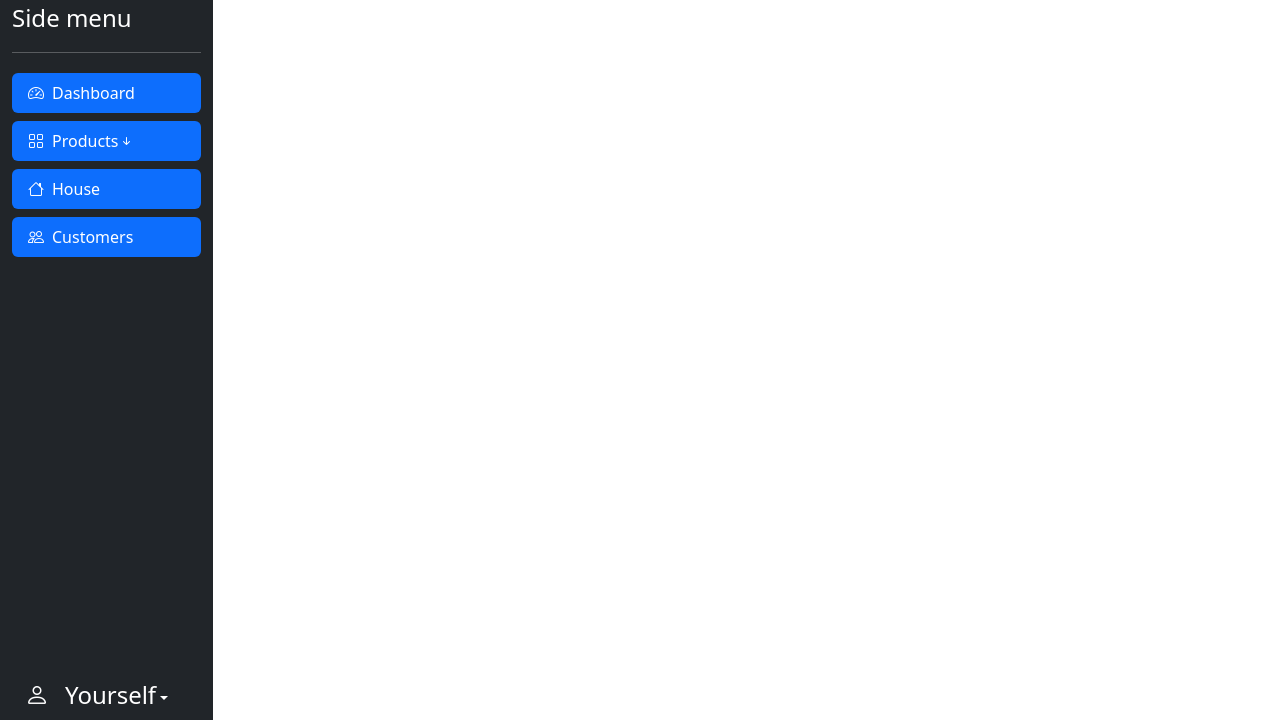
Repository: iqbalaamir/dashboard
Page: /
An editor plug-in stored every save of this project. The page is shown before and after the next save, followed by the edit.
The browser window is 1280 px wide. The pictures show the whole page.
The project was rebuilt for these pictures with package versions that can differ from the ones it lists, and the page was loaded fresh each time. Also part of the build but not shown: src/App.css.

Above is the page before, as saved 2023-04-24 16:34:00.

After the next save:
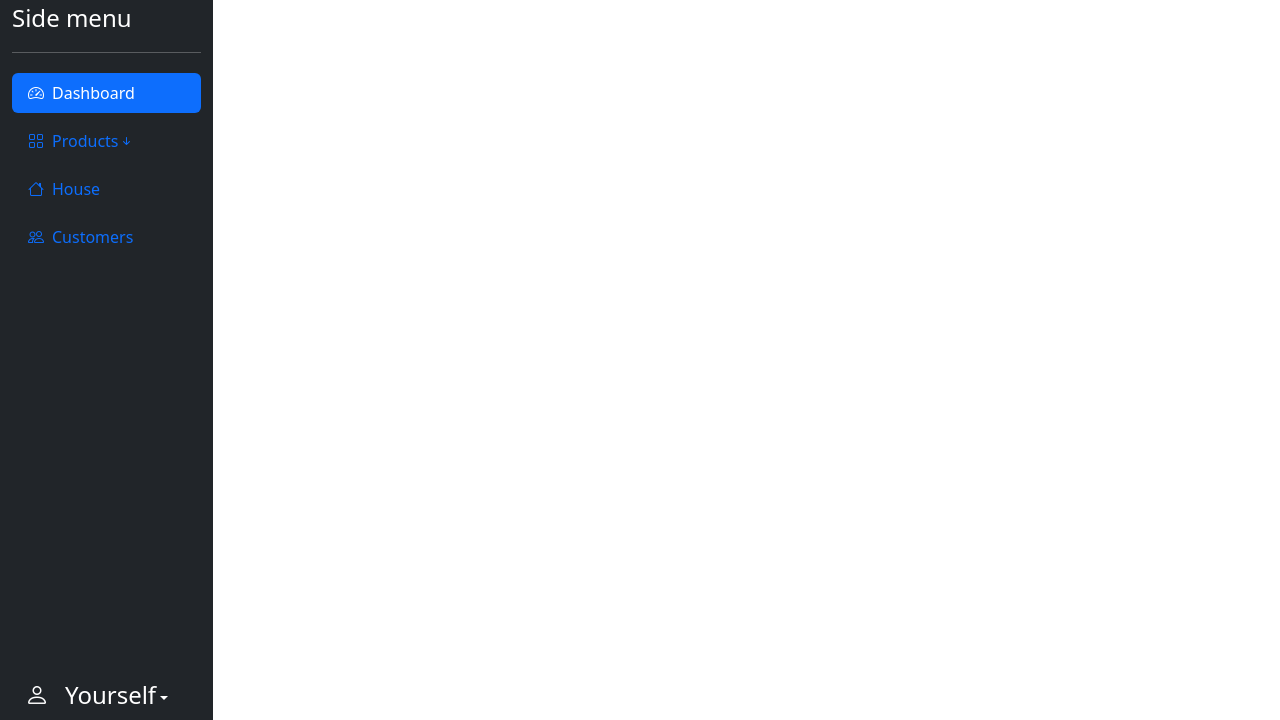
Saved 24 s later.
--- a/src/components/Sidebar.js
+++ b/src/components/Sidebar.js
@@ -20,7 +20,7 @@ export default function Sidebar() {
                 </a>
               </li>
               <li class="nav-item text-white my-1">
-                <a class="nav-link active" href="#submenu" data-bs-toggle="collapse" aria-current="page">
+                <a class="nav-link" href="#submenu" data-bs-toggle="collapse" aria-current="page">
                   <i className="bi bi-grid"></i>
                   <span className="ms-2">Products</span>
                   <i className="bi bi-arrow-down-short"></i>
@@ -38,13 +38,13 @@ export default function Sidebar() {
              </ul>
               </li>
               <li class="nav-item text-white my-1">
-                <a class="nav-link active" href="#" aria-current="page">
+                <a class="nav-link" href="#" aria-current="page">
                   <i className="bi bi-house"></i>
                   <span className="ms-2">House</span>
                 </a>
               </li>
               <li class="nav-item text-white my-1">
-                <a class="nav-link active" href="#" aria-current="page">
+                <a class="nav-link" href="#" aria-current="page">
                   <i className="bi bi-people"></i>
                   <span className="ms-2">Customers</span>
                 </a>
